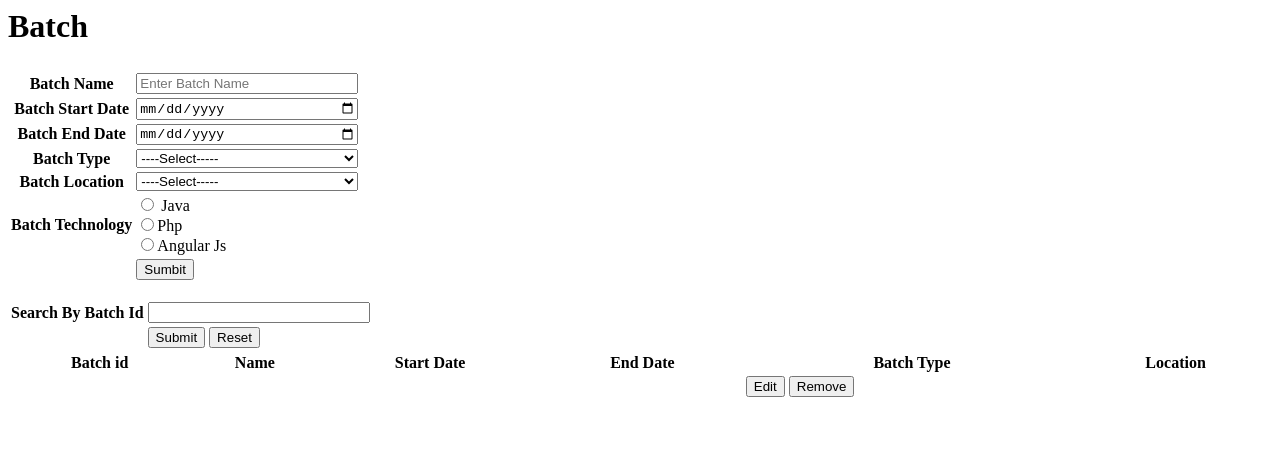
Repository: Dipak27/Dipak-s-front-end
Page: http://localhost/Traning_Management/batchcreate.jsp
The author's editor kept a copy of each file at every save. The page is drawn from the files as they stood at one save, then again after the next save.
The browser window is 1280 px wide. The pictures show the whole page.
The page is served by Tomcat 9. Other server files are loaded and not shown.

Above is the page before, as saved 2016-11-10 09:52:45.

### Training Management Project/Traning_Management/src/main/webapp/batchcreate.jsp
	<!-- CONTENTS START -->

		<div class="container_24" ng-controller="BatchController as bat">
			<div class="grid_24">

				<div class="contents">

					<div class="padding_20">
						<h1>Batch</h1>
					</div>
						<div class="grid_6 alpha">

								<div class="padding_20 text-justify">
									<form ng-submit="submit()" name="btcfrm">
									<table class="form-table" style="width:auto">


                        					<tr>
                        						<td><input type="hidden" ng-model="batch.batch_id"></td>
                        					</tr>
                        					<tr>
												<th>
														Batch Name
												</th>
												<td>
													<input id="batchname" type="text"  class="validate[required]" ng-model="bat.batch.batch_name" style="width:120%" placeholder="Enter Batch Name" value=""  />
												</td>

											</tr>

												<tr>
												<th>
														Batch Start Date
												</th>
												<td>
													<input id="batchstartdate" type="date"  class="validate[required]" ng-model="bat.batch.batch_start_date" style="width:120%"  value=""  />
												</td>

											</tr>
												<tr>
												<th>
														Batch End Date
												</th>
												<td>
													<input id="batchenddate" type="date"  class="validate[required]" ng-model="bat.batch.batch_end_date" style="width:120%" value=""  />
												</td>

											</tr>

										<tr>
											<th>
												Batch Type
											</th>
											<td>
												<select id="select1"  class="validate[required]" ng-model="bat.batch.batch_type" style="width:120%"  >
													<option value="null">----Select-----</option>
                                        			<option value="Technical">Technical</option>
                                        			<option value="softskill">Soft Skill</option>

												</select>
											</td>
										</tr>
										<tr>
											<th>
												Batch Location
											</th>
											<td>
												<select id="select1"  class="validate[required]" ng-model="bat.batch.batch_location" style="width:120%"  >
													<option value="null">----Select-----</option>
                                        			<option value="pune">Pune</option>
                                        			<option value="hyderabad">Hyderabad</option>
                                        			<option value="gandhinagar">Gandinagar</option>

												</select>
											</td>
										</tr>
										<tr>
												<th>
														Batch Technology
												</th>
												<td>
													<input type="radio" ng-model="bat.batch.batch_technology" value="java"> Java<br>
  													<input type="radio" ng-model="bat.batch.batch_technology" value="php">Php<br>
  													<input type="radio" ng-model="bat.batch.batch_technology" value="angularjs">Angular Js<br>
												</td>

											</tr>
										<tr>
											<th>
												&nbsp;
											</th>
											<td>
												<input id="Submit1" type="submit" value="Sumbit"  />
											</td>
										</tr>

									</table>
								</form>
							</div>

						</div>

						<div class="grid_28 omega">

							<div class="padding_20 text-justify" ng-controller="">
								<form id="frmMain"  class="frmMain" ng-submit="submitsearch()">
									<table class="form-table" style="width:auto">

											<tr>
												<th>
													Search By Batch Id
												</th>
												<td><input type="text" class="validate[required]" ng-model="batch.batch_id" style="width:120%" value=""></td>

											</tr>

										<tr>
											<th>
												&nbsp;
											</th>
											<td>
												<input id= "Submit1" type="submit" value="Submit"/>
												<input id="Reset1" type="reset" value="Reset" onclick="this.form.clear();" />
										</td>
										</tr>


												<table border='0' width='100%' class='table11'>
												<tr>
														<th>Batch id</th>
														<th>Name</th>
														<th>Start Date</th>
														<th>End Date</th>
														<th>Batch Type</th>
														<th>Location</th>

												</tr>


													<tr ng-repeat="b in bat.batches">

														<td><span ng-bind="b.batch_id"></span></td>
							                              <td><span ng-bind="b.batch_name"></span></td>
							                              <td><span ng-bind="b.batch_start_date"></span></td>
							                              <td><span ng-bind="b.batch_end_date"></span></td>
							                              <td>
							                              <button type="button" ng-click="bat.edit(b.batch_id)" >Edit</button>
							                              <button type="button" ng-click="bat.remove(b.batch_id)">Remove</button>
							                              </td>


														</tr>

												     </table>


									</table>
								</form>
							</div>

						</div>


					<div class="clear"></div>
				</div>
			</div>
		</div>
		<div class="clear"> </div>

		<!-- CONTENTS END -->

After the next save:
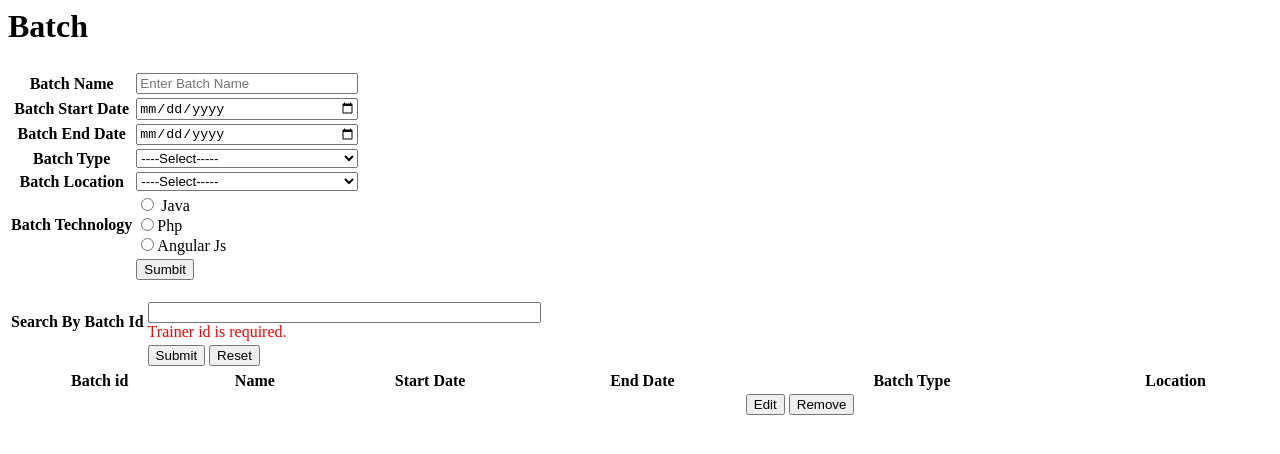
Saved 2 min 4 s later.
--- a/Training Management Project/Traning_Management/src/main/webapp/batchcreate.jsp
+++ b/Training Management Project/Traning_Management/src/main/webapp/batchcreate.jsp
@@ -110,7 +110,12 @@
 												<th>
 													Search By Batch Id
 												</th>
-												<td><input type="text" class="validate[required]" ng-model="batch.batch_id" style="width:120%" value=""></td>
+												<td><input type="text" name="batch" ng-model="batch.batch_id" style="width:120%" value="">
+												<span style="color:red" ng-show="trnfrm.trn.trainer.trainer_id.$dirty && trnfrm.trn.trainer.trainer_id.$invalid">
+  														<span ng-show="trnfrm.trn.trainer.trainer_id.$error.required">Trainer id is required.</span>
+  												</span>
+
+												</td>
 
 											</tr>
 
